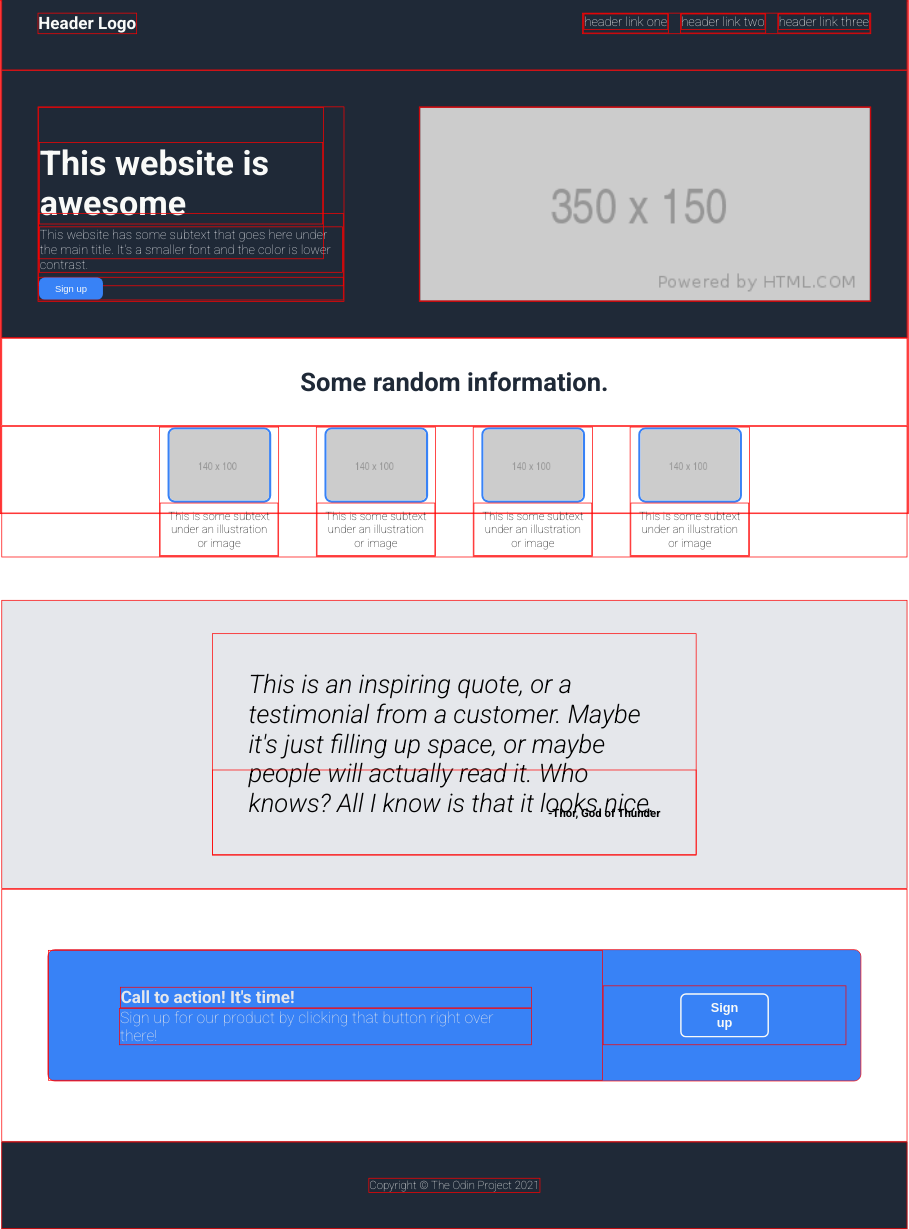
Repository: weazzyefff/The-Landing-Page
Page: index.html
The author's editor kept a copy of each file at every save. The page is drawn from the files as they stood at one save, then again after the next save.
The browser window is 1280 px wide. The pictures show the whole page, at 71% of full size.

Above is the page before, as saved 2022-11-01 19:36:53.
Not found: index.js

### index.html
<!DOCTYPE html>
<html lang="en">

<head>
  <meta charset="UTF-8">
  <meta name="viewport" content="width=device-width, initial-scale=1.0">
  <meta http-equiv="X-UA-Compatible" content="ie=edge">
  <title>The Landing Page</title>
  <link rel="stylesheet" href="css/styles.css">
  <link rel="preconnect" href="https://fonts.googleapis.com">
  <link rel="preconnect" href="https://fonts.gstatic.com" crossorigin>
  <link href="https://fonts.googleapis.com/css2?family=Roboto:ital,wght@0,100;0,700;1,300&display=swap"
    rel="stylesheet">
</head>

<body>
  <div class="header">
    <div class="icon">
      Header Logo
    </div>
    <ul class="right-links">
      <li><a href="#">header link one</a></li>
      <li><a href="#">header link two</a></li>
      <li><a href="#">header link three</a></li>
    </ul>
  </div>
  <div class="hero-container">
    <div class="hero-left">
      <div class="main-text">
        <p>This website is awesome</p>
      </div>
      <div class="secondary-text">
        <p>This website has some subtext that goes here under the main title. It's a smaller
          font and the color is lower contrast.
        </p>
      </div>
      <div class="button-container">
        <button class="button">Sign up</button>
      </div>
    </div>
    <div class="hero-right">
      <img src="img/350x150.png" class="hero-img" alt="Placeholder image">
    </div>
  </div>
  <div class="title">
    Some random information.
  </div>
  <div class="gallery-container">
    <div class="info">
      <img src="img/140x100.png" alt="Placeholder Image">
      <div class="text">This is some subtext under an illustration or image</div>
    </div>
    <div class="info">
      <img src="img/140x100.png" alt="Placeholder Image">
      <div class="text">This is some subtext under an illustration or image</div>
    </div>
    <div class="info">
      <img src="img/140x100.png" alt="Placeholder Image">
      <div class="text">This is some subtext under an illustration or image</div>
    </div>
    <div class="info">
      <img src="img/140x100.png" alt="Placeholder Image">
      <div class="text">This is some subtext under an illustration or image</div>
    </div>
  </div>
  <div class="quote-container">
    <div class="quote">This is an inspiring quote, or a testimonial from a
      customer. Maybe it's just filling up space, or maybe people will
      actually read it. Who knows? All I know is that it looks nice. </div>
    <div class="quotee">-Thor, God of Thunder</div>
  </div>
  <div class="call-container">
    <div class="inside-container">
      <div class="left-side">
        <p class="top-line">
          Call to action! It's time!
        </p>
        <p class="bottom-line">
          Sign up for our product by clicking that button right over there!
        </p>
      </div>
      <div class="right-side">
        <button>
          Sign up
        </button>
      </div>
    </div>
  </div>
  </div>
  <div class="footer">
    <div class="footerContent">
      Copyright © The Odin Project 2021
    </div>
  </div>
  <script src="index.js"></script>
</body>

</html>

### css/styles.css
* {
    border: 1px solid red;
}

.header,
.footer {
    display: flex;
    justify-content: space-between;
    padding: 50px;
    background-color: #1F2937;
    color: #f9faf8;
}

.header {
    margin-top: -35px
}

.footer {
    font-weight: 200;
    justify-content: center;
}

body {
    display: flex;
    height: 100vh;
    margin: 0;
    font-family: 'Roboto', sans-serif;
    flex-direction: column;
}

ul {
    list-style-type: none;
    display: flex;
    margin: 0;
    padding: 0;
    gap: 16px;
}

.header a {
    text-decoration: none;
    color: #f9faf8;
    font-size: 18px;
}

.icon {
    display: flex;
    font-size: 24px;
    font-weight: 800;
}

.footerContent {
    display: flex;
    justify-content: center;
    align-items: center;
}

.hero-container {
    display: flex;
    justify-content: space-between;
    padding: 50px;
    background-color: #1F2937;
    color: #E5E7EB;
}

.hero-left {
    display: flex;
    flex-direction: column;
    background-color: #1F2937;
    font-size: 18px;
    color: #E5E7EB;
}

.hero-left .main-text {
    font-size: 48px;
    color: #f9faf8;
    font-weight: 800;
}

.main-text {
    width: 400px;
    margin-bottom: -65px;
}

.secondary-text {
    width: 428px;
    margin-bottom: -13px;
}

.hero-right {
    display: flex;
    justify-content: center;
    align-items: center;
}

.hero-img {
    display: flex;
    justify-content: center;
    align-items: center;
    width: 633px;
}

.button {
    background-color: #3882f6;
    color: #f9faf8;
    padding: 8px 16px;
    border-radius: 8px;
    display: flex;
    align-items: center;
    justify-content: center;
    width: 90px;
    border-style: none;

}

.gallery-container {
    display: flex;
    justify-content: center;
    gap: 52px;
    margin-bottom: 60px;

}

.title {
    display: flex;
    justify-content: center;
    font-size: 36px;
    font-weight: 800;
    color: #1f2937;
    padding: 40px;
}

.info {
    display: flex;
    justify-content: center;
    flex-direction: column;
    align-items: center;
}

.info img {
    border-radius: 10px;
    border: 3px solid #3882f6;
}

.text {
    width: 149px;
    text-align: center;
    padding: 8px;
}

.quote-container {
    display: flex;
    flex-direction: column;
    justify-content: center;
    background-color: #E5E7EB;
    padding: 46px 296px;
}

.quote {
    padding: 50px;
    font-size: 36px;
    font-style: italic;
    font-weight: 300;
}

.quotee {

    display: flex;
    justify-content: right;
    margin-top: -120px;
    font-weight: 800;
    padding: 50px;
}

.call-container {
    display: flex;
    flex-shrink: 0;
    padding: 59px 14px;
    justify-content: center;
    color: #E5E7EB;
}

.inside-container {
    display: flex;
    margin: 25px 50px;
    padding: 0px;
    justify-content: center;
    align-items: center;
    border-radius: 10px;
    background-color: #3882f6;
}

.top-line {
    margin-bottom: -22px;
    margin-left: 1px;
    font-size: 24px;
    font-weight: 800;
}

.bottom-line {
    font-size: 22px;
}
.left-side{
    display: flex;
    padding: 27px 99px;
    flex-direction: column;
}
.right-side{
    display: flex;
    padding: 10px 108px;
    margin-right: 20px;

}
.right-side button{
    border: solid 2px #f9faf8;
    padding: 8px 28px;
    font-size: 18px;
    font-weight: 800;
    border-radius: 8px;
    background-color: #3882f6;
    color: #f9faf8;
}
p {
    display: flex;
    justify-content: start;
}

After the next save:
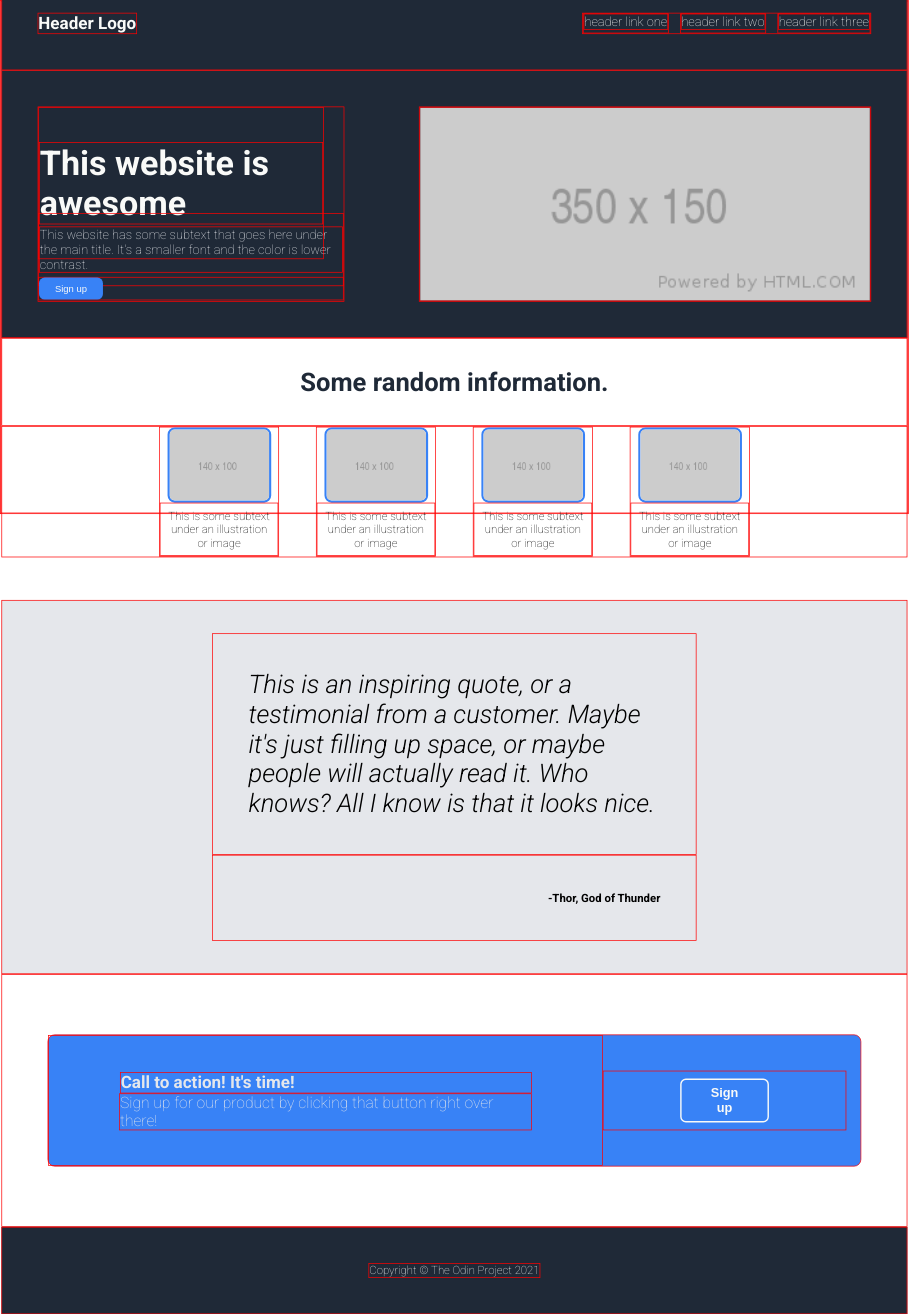
Saved 82 s later.
--- a/css/styles.css
+++ b/css/styles.css
@@ -166,7 +166,6 @@ ul {
 
     display: flex;
     justify-content: right;
-    margin-top: -120px;
     font-weight: 800;
     padding: 50px;
 }
